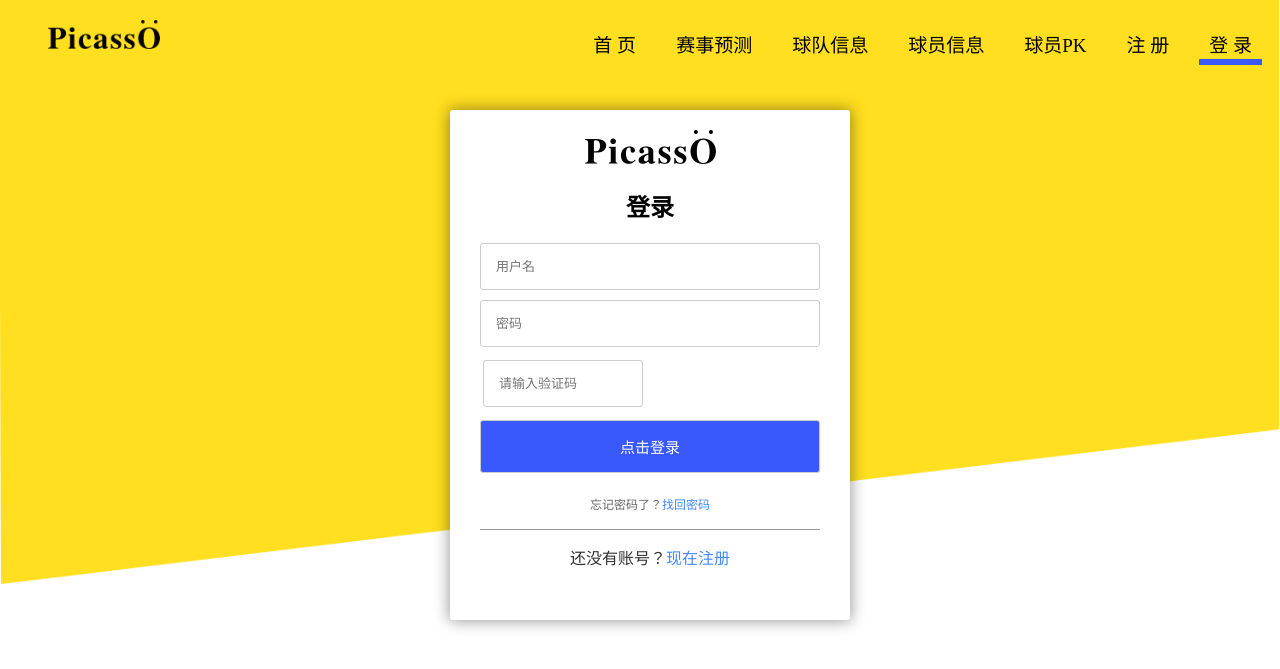
Repository: cciixx/nba-prediction-sys
Page: public/login.html
An editor plug-in stored every save of this project. The page is shown before and after the next save, followed by the edit.
The browser window is 1280 px wide. The pictures show the whole page.

Above is the page before, as saved 2020-04-03 21:44:33.

### public/login.html
<!doctype html>
<html>
<head>
<meta charset="utf-8">
<title>NBA预测系统</title>
	<link  href="css/navl.css" rel="stylesheet" type="text/css">
	<link  href="css/user_form.css" rel="stylesheet" type="text/css">
	<style>
		body{background-image: url(/images/half_yellow.png);
			background-repeat: no-repeat;background-position: top;}
	body,td,th {
	font-family: "方正小标宋简体";}
    </style>
</head>

<body>
	<div>
	<ul class='navl'>
		<li style="border-bottom: 6px solid #3a59fd;"><a href="login.html">登 录</a></li>
		<li><a href="register.html">注 册</a></li>
		<li><a href="PK_index.html">球员PK</a></li>
		<li><a href="player.html">球员信息</a></li>
		<li><a href="team.html">球队信息</a></li>
		<li><a href="predict.html">赛事预测</a></li>
		<li><a href="index.html">首 页</a></li>
		<img src="images/logo.png">
		</ul></div>

	<div>
	<form method="post" action="back/loginok.php" class="msform">
	<fieldset>
		<img src="images/logo.png">
		<h2>登录</h2>
		<input type="text" name="username" placeholder="用户名" />
		<input type="password" name="password" placeholder="密码"/>
		<table><tr><td width="160px"><input name="yzm_code" type="text" placeholder="请输入验证码" id="yzm_code" value="" size="10" maxlength="4">
		</td>
		</tr></table>
		<input class="btn" type="submit" name="submit" value="点击登录" style="background: #3a59fd;font-size:15px;color: white;">
		<p style="font-size: 12px;color:#666666;position: relative;">忘记密码了？<a href="forget_word.html" style="text-decoration: none;color: #3f87ff;">找回密码</a></p>
		<p style="font-size: 16px;color:#333333;border-top: 1px solid #999999;padding: 15px;">还没有账号？<a href="register.html" style="text-decoration: none;color: #448aff;">现在注册</a></p>
		 </fieldset>
		 </div>
</form>

</body>
</html>

### public/css/navl.css
/* CSS Document */
body{
	background-repeat: no-repeat;
	background-position: top;
	background-size: 100%, 100%;
	background-attachment: fixed;
}
.header{
    overflow: hidden;
}
.btn{
	background: #3a59fd;
	font-family: '方正小标宋简体';
	color: white;
}
.navl ul{
	margin: 30px;
	width: 600px;
	height: 300px;
	color: #030303;
	position: absolute;
	top: 10px;
}
.navl li{
		height: 29px;
		width: fit-content;
		margin: 10px;
		list-style: none;
		float: right;
}
.navl img{
	float: left;
	height: 29px;
}
.navl a{
	margin: 0px 10px;
	color:#030303;
	text-align: left;
	text-decoration: none;
	font-size: 19px;
}
.wrapper{
    width: 100%;
}

### public/css/user_form.css
/* CSS Document */

.msform {
    width: 400px;
	height: 475px;
    margin: 20px auto;
    text-align: center;
    /* position: relative; */
}
.msform fieldset {
    width: 400px;
	height: fit-content;
    background: white;
    border: 0 none;
    border-radius: 3px;
    box-shadow: 0 0 15px 1px rgba(0, 0, 0, 0.4);
    padding: 20px 30px;
    box-sizing: border-box;
    position: absolute;
	top: 100px;
	margin: 10px;
}
.msform input, .msform textarea {
    padding: 15px;
    border: 1px solid #ccc;
    border-radius: 3px;
    margin-bottom: 10px;
    width: 100%;
    box-sizing: border-box;
    color: #2C3E50;
    font-size: 13px;
}

After the next save:
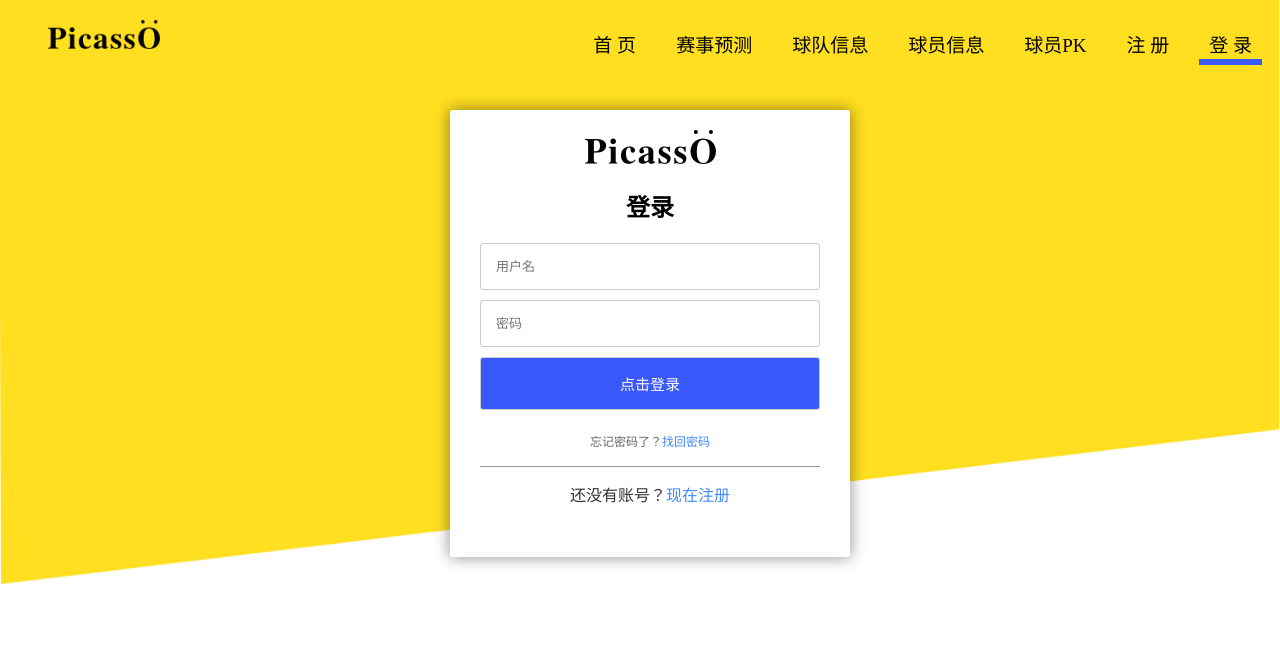
Saved 16 s later.
--- a/public/login.html
+++ b/public/login.html
@@ -33,9 +33,7 @@
 		<h2>登录</h2>
 		<input type="text" name="username" placeholder="用户名" />
 		<input type="password" name="password" placeholder="密码"/>
-		<table><tr><td width="160px"><input name="yzm_code" type="text" placeholder="请输入验证码" id="yzm_code" value="" size="10" maxlength="4">
-		</td>
-		</tr></table>
+
 		<input class="btn" type="submit" name="submit" value="点击登录" style="background: #3a59fd;font-size:15px;color: white;">
 		<p style="font-size: 12px;color:#666666;position: relative;">忘记密码了？<a href="forget_word.html" style="text-decoration: none;color: #3f87ff;">找回密码</a></p>
 		<p style="font-size: 16px;color:#333333;border-top: 1px solid #999999;padding: 15px;">还没有账号？<a href="register.html" style="text-decoration: none;color: #448aff;">现在注册</a></p>
